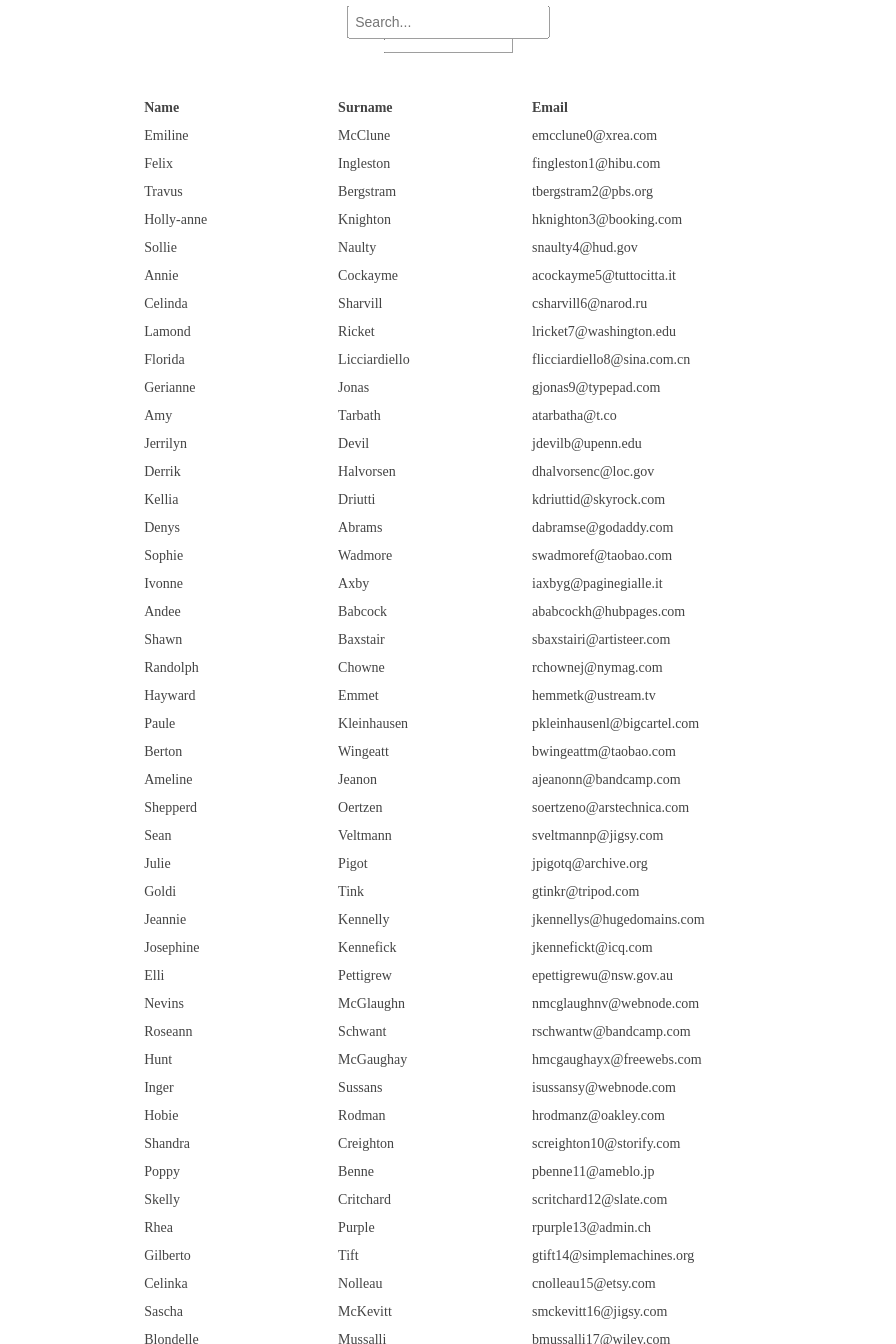
Repository: Omk1/RUStudy
Page: /
An editor plug-in stored every save of this project. The page is shown before and after the next save, followed by the edit.
The browser window is 1280 px wide. The pictures show the part of the page from y = 0 to 1920 px (the page is 40239 px tall before and 40260 px after), at 70% of full size.
Some web libraries are served in a nearby version. The project was rebuilt for these pictures with package versions that can differ from the ones it lists, and the page was loaded fresh each time. Imported but missing from the stored project, and not drawn on this page: src/uid.

Above is the page before, as saved 2023-10-08 02:01:48.

### src/App.js
import './App.css';
import Table from './Table';
import {Users} from "./users";
import { useState, useEffect } from 'react';
import {db} from './firebase';
import {set, ref} from "firebase/database"
import {uid} from './uid';

function App() {
  const [query, setQuery] = useState("");
  const [bro, setBro] = useState("");
  const keys = ["first_name", "last_name", "email"];

  const writeToDatabase = () => {
    const uuid = uid();
    set(ref(db, '/${uuid}'), {
      bro,
      uuid,
    });
  }

  const handleToChange = (e) => {
    setBro(e.target.value);
  }

  const search = (data) => {
    return data.filter((item) =>
      keys.some(key => item[key].toLowerCase().includes(query))
    )
  }

  console.log(Users.filter(user=>user.first_name.toLowerCase().includes("fe")));
  return (
    <div className="app">
      <input type="text"
      placeholder="Search..."
      className="search"
      onChange={e=> setQuery(e.target.value.toLowerCase())}/>

      <input type="text" value={bro} onChange={handleToChange}></input>

      <Table data={search(Users)}/>
    </div>
  );
}

export default App;

### src/App.css
.app {
  margin: auto;
  display: flex;
  flex-direction: column;
  align-items: center;
  width: 900px;
}

.search {
  padding: 10px;
  font-size: 20px;
  height: fit-content;
}

.list {
  padding: 0;
  list-style: none;
  text-align: center;
}

.listItem {
  margin-bottom: 20px;
  font-size: 25px;
  color: #444;
  font-weight: 300;
}

table {
  width: 100%;
  margin: 50px 0px;
  border-spacing: 15px;
  color: #444;
}

tr {
  margin-bottom: 20px;
}

th {
  width: 250px;
  text-align: left;
  font-size: 20px;
}

td {
  width: 250px;
  font-size: 20px;
}

### src/Table.js
import React from "react";

const Table = ({data}) => {
    return (
        <table>
            <tbody>
                <tr>
                    <th>Name</th>
                    <th>Surname</th>
                    <th>Email</th>
                </tr>
                {data.map((item) =>(
                    <tr key={item.id}>
                        <td>{item.first_name}</td>
                        <td>{item.last_name}</td>
                        <td>{item.email}</td>
                    </tr>
                ))}
            </tbody>
        </table>
    )
}

export default Table;

### src/firebase.js
// firebase.js
// import firebase from 'firebase/app';
// import 'firebase/database';

// const firebaseConfig = {
//     apiKey: "AIzaSyDkupE5QsdIgtPw8W5ZrA7ZrCYUbS9JZ4E",
//     authDomain: "rustudy-4ebc5.firebaseapp.com",
//     databaseURL: "https://rustudy-4ebc5-default-rtdb.firebaseio.com",
//     projectId: "rustudy-4ebc5",
//     storageBucket: "rustudy-4ebc5.appspot.com",
//     messagingSenderId: "827503237791",
//     appId: "1:827503237791:web:a966eaea1462d4cfe1a0aa"
//   };

// firebase.initializeApp(firebaseConfig);
// const database = firebase.database();

// export default database;

Loaded but not shown: public/index.html (common file); src/index.js (common file); src/users.js (library)

After the next save:
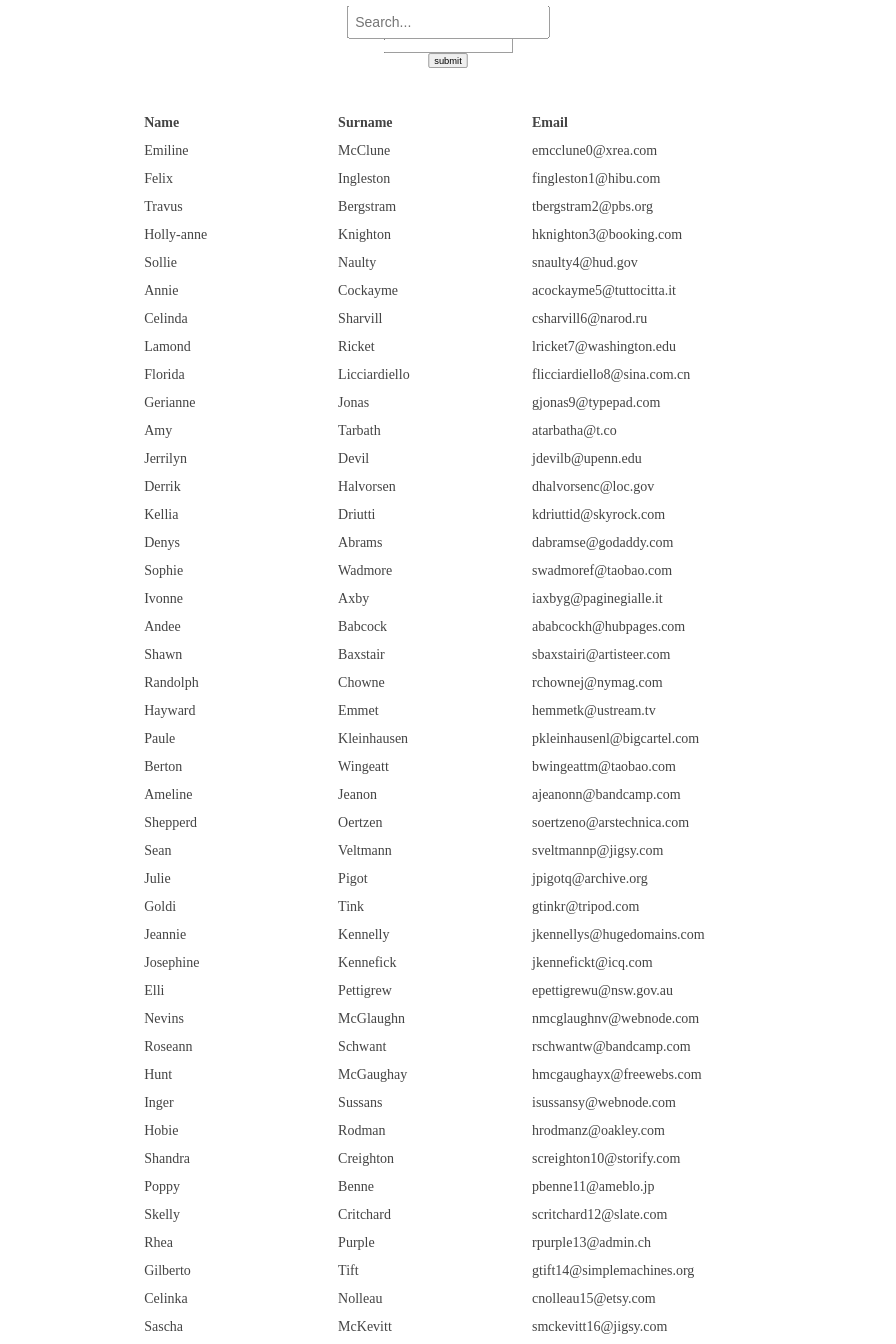
Saved 53 s later.
--- a/src/App.js
+++ b/src/App.js
@@ -38,6 +38,7 @@ function App() {
       onChange={e=> setQuery(e.target.value.toLowerCase())}/>
 
       <input type="text" value={bro} onChange={handleToChange}></input>
+      <button onClick={writeToDatabase}>submit</button>
 
       <Table data={search(Users)}/>
     </div>
